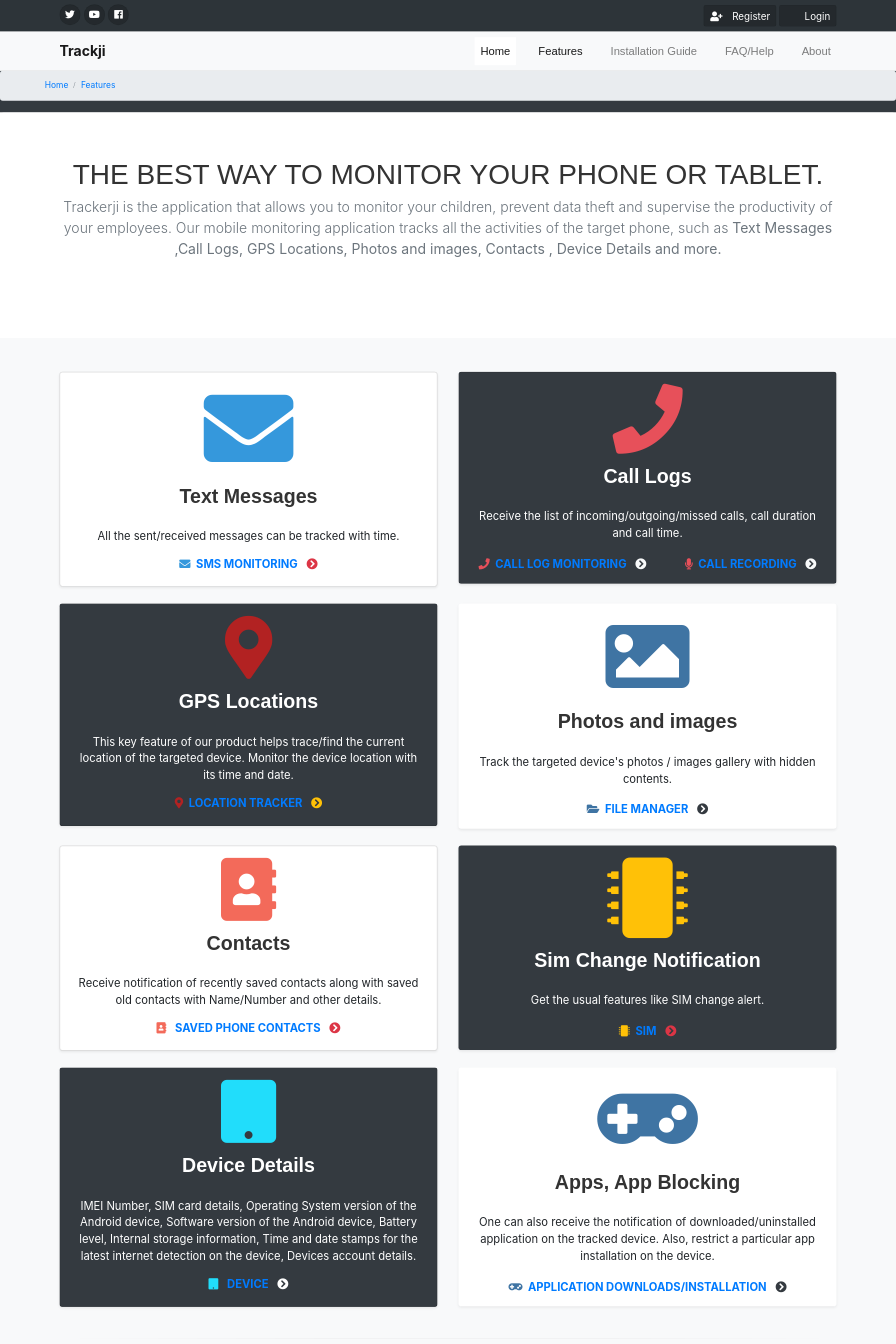
Repository: prathmeshgodbole/Web_Development
Page: Mobile_tracker/Features.html
The author's editor kept a copy of each file at every save. The page is drawn from the files as they stood at one save, then again after the next save.
The browser window is 1280 px wide. The pictures show the part of the page from y = 0 to 1920 px (the page is 2699 px tall), at 70% of full size.
Some web fonts or font styles are not loaded; a fallback is used. Some web libraries are served in a nearby version.

Above is the page before, as saved 2020-03-11 17:07:08.

After the next save:
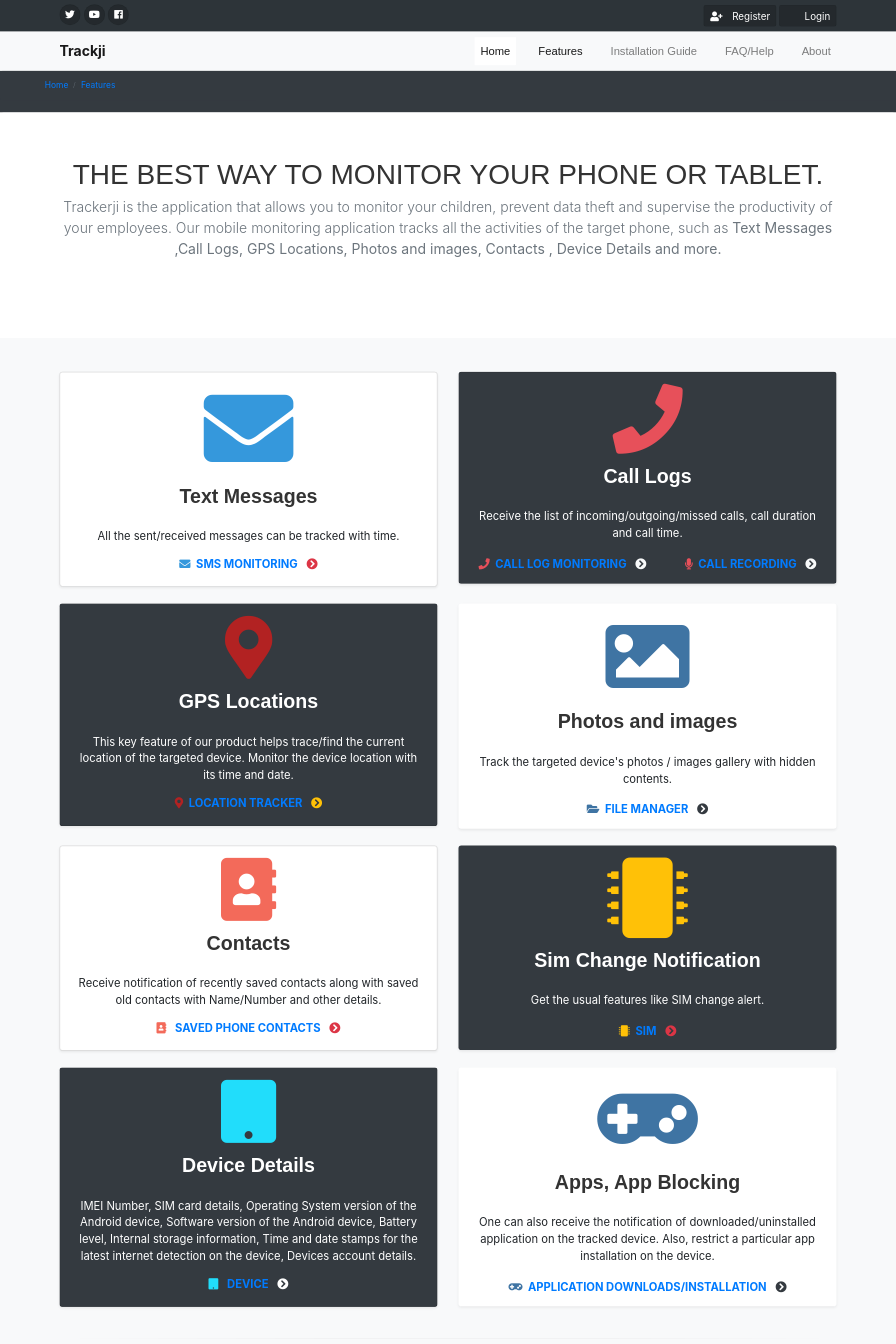
Saved 17 s later.
--- a/Mobile_tracker/Features.html
+++ b/Mobile_tracker/Features.html
@@ -105,7 +105,7 @@
 
     <div class="breadcrumb-container bg-dark">
         <nav aria-label="breadcrumb bg-dark">
-            <ol class="breadcrumb ">
+            <ol class="breadcrumb bg-dark">
                 <li class="breadcrumb-item ml-5"><i class=""></i><a href="index.html">Home</a></li>
                 <li class="breadcrumb-item active" aria-current="page"><a href="Features.html">Features</a></li>
             </ol>
